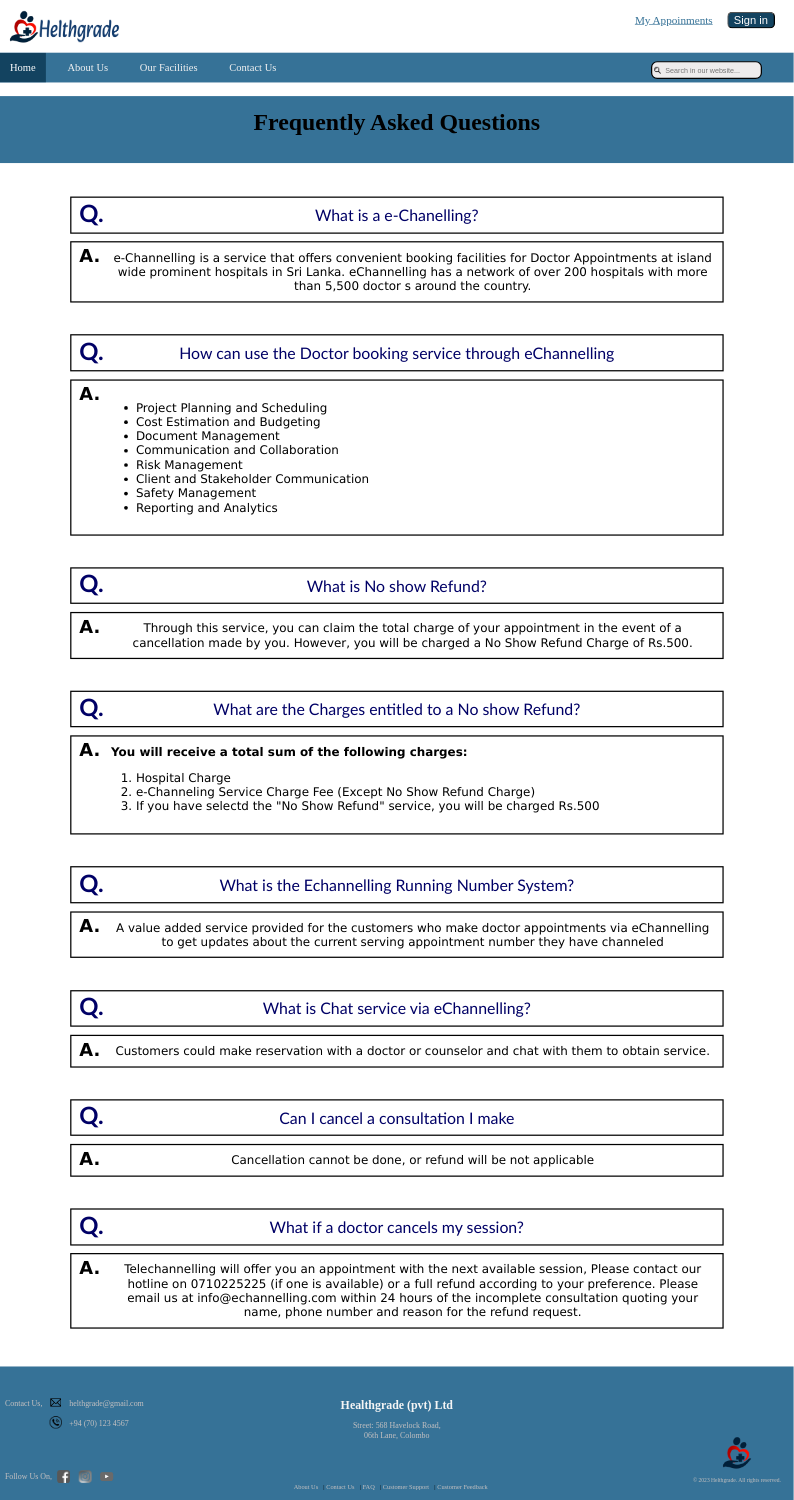
Repository: ILWijewardhana/echannelling-System
Page: http://localhost/echanneling/FAQ.jsp
An editor plug-in stored every save of this project. The page is shown before and after the next save, followed by the edit.
The browser window is 1280 px wide. The pictures show the whole page, at 62% of full size.
The page is served by Tomcat 9. Other server files are loaded and not shown.

Above is the page before, as saved 2024-05-14 14:58:47.

### echanneling/src/main/webapp/FAQ.jsp
<!DOCTYPE html>
<html>
    <head>
        <title>FAQ | e-channelling</title>
        <link rel="stylesheet" href="CSS/FAQ.css">
    </head>

    <body>


<!--login & appoinment -->
        <div class="login">
            <img src="../Images/logo.png" id="logo" alt="channel logo">
            <img src="../Images/title1.png" id="title" alt="channel title">
            <a href="../appoinment.html" id="appoinment">My Appoinments</a>
            <a href="Login.html" id="singin" ><button>Sign in</button></a>
        </div>


<!--navigation bar-->
        <div class="navBarDiv">
            <div class="topnav">
            <a class="active" href="../Home.html">Home</a>
            <a href="../aboutUs.html">About Us</a>
            <a href="../ourfacility.html">Our Facilities</a>
            <a href="../vacancy">Contact Us</a>
        </div>


<!--search bar-->
        <div class="search">
            <form style="height: 100%;" onsubmit="return false">
              <input type="search" placeholder="Search in our website..." id="searchBar" onsearch="search()">
              <img src="../Images/search.png">
              <script src="../JS/searchBar.js"></script>
              <input type="submit" id="searchSubmit">
            </form>
        </div>
    </div>

    <div class="header">
        <h1>Frequently Asked Questions</h1>
    </div>
    <br><br><br>

    <div class="questions">
        <h2>Q.</h2>
        <div class="questionParagraph">What is a e-Chanelling?</div>
    </div>


    <div class="answers">
        <h2>A.</h2>
        <div class="answerParagraph">e-Channelling is a service that offers convenient booking facilities for Doctor Appointments at island wide prominent
           hospitals in Sri Lanka. eChannelling has a network of over 200 hospitals with more than 5,500 doctor
          s around the country.</div>
    </div>

        <div class="questions">
          <h2>Q.</h2>
          <div class="questionParagraph">How can use the Doctor booking service through eChannelling</div>
        </div>


      <div class="answers">
        <h2>A.</h2>
        <div class="answerParagraph" style="text-align: left;">
            <ul>
            <li>Project Planning and Scheduling</li>
            <li>Cost Estimation and Budgeting</li>
            <li>Document Management</li>
            <li>Communication and Collaboration</li>
            <li>Risk Management</li>
            <li>Client and Stakeholder Communication</li>
            <li>Safety Management</li>
            <li>Reporting and Analytics</li>
          </ul>
        </div>
      </div>

      <div class="questions">
        <h2>Q.</h2>
        <div class="questionParagraph">What is No show Refund?</div>
      </div>


      <div class="answers">
        <h2>A.</h2>
        <div class="answerParagraph">Through this service, you can claim the total charge of your appointment in the event of a cancellation made by you. However,
        you will be charged a No Show Refund Charge of Rs.500.</div>
      </div>


      <div class="questions">
        <h2>Q.</h2>
        <div class="questionParagraph">What are the Charges entitled to a No show Refund?</div>
      </div>


      <div class="answers">
        <h2>A.</h2>
        <div class="answerParagraph" style="text-align: left;">
          <b>You will receive a total sum of the following charges: </b><br>
          <ol>
            <li>Hospital Charge</li>
            <li>e-Channeling Service Charge Fee (Except No Show Refund Charge)</li>
            <li>If you have selectd the "No Show Refund" service, you will be charged Rs.500</li>
          </ol>
        </div>
      </div>

      <div class="questions">
        <h2>Q.</h2>
        <div class="questionParagraph">What is the Echannelling Running Number System?</div>
      </div>

      <div class="answers">
        <h2>A.</h2>
        <div class="answerParagraph">A value added service provided for the customers who make doctor appointments via eChannelling to get updates
          about the current serving appointment number they have channeled</div>
    </div>

    <div class="questions">
      <h2>Q.</h2>
        <div class="questionParagraph">What is Chat service via eChannelling?</div>
  </div>

  <div class="answers">
    <h2>A.</h2>
    <div class="answerParagraph">Customers could make reservation with a doctor or counselor and chat with them to obtain service.</div>
  </div>

  <div class="questions">
    <h2>Q.</h2>
    <div class="questionParagraph">Can I cancel a consultation I make</div>
</div>

<div class="answers">
  <h2>A.</h2>
  <div class="answerParagraph">Cancellation cannot be done, or refund will be not applicable</div>
</div>

<div class="questions">
  <h2>Q.</h2>
  <div class="questionParagraph">What if a doctor cancels my session?</div>
</div>

<div class="answers">
  <h2>A.</h2>
  <div class="answerParagraph">Telechannelling will offer you an appointment with the next available session, Please contact our hotline on 0710225225 (if one is available) or a full refund according to your preference.
Please email us at info@echannelling.com within 24 hours of the incomplete consultation quoting your name, phone number and reason for the refund request.</div>
</div>

          <!--footer-->
          <footer>
            <br><br>
            <table width="30%" class="footerTable">
              <tr>
                <td width="20%">Contact Us,</td>
                <td width="10%"><img src="../Images/email.png" width="80%"></td>
                <td style="white-space:nowrap; text-align: left;">helthgrade@gmail.com</td>
              </tr>
              <tr>
                <td></td>
                <td><img src="../Images/phone.png" width="55%"></td>
                <td style="text-align: left;">+94 (70) 123 4567</td>
              </tr>
            </table><br><br><br>

            <table width="30%" class="footerTable footerTableHover">
              <tr>
                <td>Follow Us On,</td>
                <td width="10%"><a href="https://www.facebook.com/" target="_blank"><img src="../Images/facebook.png" class="fb"></a></td>
                <td width="10%"><a href="https://www.instagram.com/" target="_blank"><img src="../Images/insta.png" class="insta"></a></td>
                <td width="10%"><a href="https://www.youtube.com/" target="_blank"><img src="../Images/youtube.png" class="yt"></a></td>

                <td width="60%"></td>
              </tr>
            </table><br>

            <div class="address">
              <h2>Healthgrade (pvt) Ltd</h2>
              <p>Street: 568 Havelock Road,<br>06th Lane, Colombo</p>
            </div>

            <div class="hyperLinks">
              <p>
                <a href="aboutUs.html">About Us</a> |
                <a href="contactUs.html">Contact Us</a> |
                <a href="FAQ.html">FAQ</a> |
                <a href="customerSupport.html">Customer Support</a> |
                <a href="feedback.php">Customer Feedback</a>
              </p>
            </div>
            <br><br>

            <div class="bottomLogo">
              <img src="../Images/logo.png">
              <p>&copy; 2023 Helthgrade. All rights reserved.</p>
            </div>

          </footer>
        </body>
      </html>

### echanneling/src/main/webapp/CSS/FAQ.css
body{
  margin: 0px;
  padding: 0px;

}

#logo{
  margin: 1%;
  position: absolute;
  margin-top: -1%;
  width: 6vw;
  margin-left: 0%;

}

#title{
  position: absolute;
  width: 10vw;
  margin-top: 1%;
  margin-left: 5%;
  margin-right: auto;
  height: 5%;

}

.login{
  margin-top: 1.5%;
}


#appoinment{
  margin-left: 80%;
  font-size: 2.5vh;
  color: #367297;
}

#appoinment:hover{
  background-color: #367297;
  color: aliceblue;
  border-radius: 5px;
  transition: all;
  height: 12%;
  width: 8%;
}


a{
  margin-right: 1.5%;

}

#singin button{
  color: rgb(255, 253, 253);
  border-radius: 8px;
  width: 6%;
  height: 5%;
  background-color: #134360;
  font-size: 2.5vh;
}

#singin button:hover {
  transition: .4s;
  transform: scale(105%);

}

/* navigation bar */

.topnav {
  margin-top: 3%;
  overflow: hidden;
  background-color: #367297;
}

.topnav a {
  float: left;
  color: #f2f2f2;
  text-align: center;
  padding: 14px 16px;
  text-decoration: none;
  font-size: 17px;
}

.topnav a:hover {
  background-color: #eeecec;
  color: black;
}

.topnav a.active {
  background-color: #134360;
  color: white;
}


/*search bar*/
.search {
  width: 14vw;
  height: 4vh;
  margin-left: 82%;
  margin-top: -1.5%;
  transform: translateY(-50%);
  transition: 1s;
}

.search input {
  margin-bottom: 2%;
  border-color: black;
  background-color:#eeecec;
  border: 2px solid ;
  border-radius: 10px;
  padding-left: 12%;
  width: 100%;
  height: 100%;
  font-size: 1vw;
  transition: 1s;
  color: black;
}
.search input::placeholder {

  font-size: .9vw;
}

.search input::-ms-input-placeholder {
  color: grey;
}

.search img {
  width: .9vw;
  position: absolute;
  left: 3%;
  top: 50%;
  transform: translateY(-50%);
}

.search input[type=submit] {
  visibility: hidden;
}

/*Question frame */

.header {
    margin-top: 1%;
    position: relative;
    display: block;
    width: 100%;
    height: 15vh;
    background-color: #367297;
  }

  .header h1 {
    font-size: 3vw;
    position: absolute;
    top: 15%;
    left: 50%;
    transform: translate(-50%,-50%);
  }


.questions, .answers{
padding: 1%;
position: relative;
height: fit-content;
width: 80%;
left: 50%;
transform: translate(-50%);
border: 2px solid black;
font-size: 1.5vw;
}

.questions {
  font-family: 'Trebuchet MS', sans-serif;
  position: relative;
  margin-bottom: 1vw;
  color: #000066;
  font-size: 2vw;
  text-align: left;
}

.questions h2 {
  position: absolute;
  display: inline;
  transform: translateY(-95%);
}

.questionParagraph {
  text-align: center;
  width: 100%;
}

.answers {
  margin-bottom: 4vw;
  font-family: Verdana, sans-serif;
}

.answers h2 {
  position: absolute;
  display: inline;
  transform: translateY(-95%);
}

.answerParagraph {
  margin-left: 5%;
  font-size: 1.5vw;
  text-align: center;
}


/* footer */

footer {
  display: block;
  box-sizing: border-box;
  position: relative;
  padding: 5px 5px 0px 5px;
  left: 0px;
  right: 0px;
  bottom: -10px;
  /* margin-top: 145vh; */
  overflow: hidden;
  width: 100%;
  background-color: #367297;
  height: 30vh;
}
.footerTable td {
  font-size: 105%;
  font-size: 1vw;
  margin-top: 5vh;
  color: rgb(197, 193, 193);
}
.footerTable tr td {
  text-align: center;
  margin-top: 4vh;
}
.footerTable td:first-child {
  width: 1%;
  white-space: nowrap;
}
.socials {
  position: absolute;
  margin-top: -2.1%;
  margin-left: 4%;
}
.fb {
  margin-top: 10%;
  width: 70%;
  border-radius: 5px;
}
.insta {
  margin-top: 10%;
  width: 70%;
}
.yt {
  margin-top: 10%;
  width: 80%;
}
.tiktok {
  margin-top: 10%;
  width: 70%;
  border-radius: 5px;
}
.footerTableHover img:hover {
  transform: scale(110%);
  filter: drop-shadow(0px 0px 1px #000);
}
.address {
  position: absolute;
  top: 32%;
  left: 50%;
  transform: translate(-50%, -50%);
  text-align: center;
}
.address h2 {
  margin-top: 25%;
  font-size: 1.5vw;
  color:whitesmoke;
}
.address p {
  font-size: 1vw;
  color: rgb(197, 193, 193);
}
.hyperLinks {
  position: absolute;
  font-size: .8vw;
  top: 90%;
  left: 52%;
  transform: translate(-50%, -50%);
  width: 30%;
}
.hyperLinks p a {
  text-decoration: none;
  color: rgb(197, 193, 193);
}
.hyperLinks p a:hover {
  color:black;
}
.hyperLinks .currentFooter {
  font-weight: bold;
}
.hyperLinks .currentFooter:hover {
  cursor: default;
}
.bottomLogo {
  padding: 5px;
  position: absolute;
  right: 0;
  width: 15vw;
  height: fit-content;
  top: 50%;
  transform: translate(0, -45%);
}
.bottomLogo img {
  position: relative;
  width: 40%;
  margin-top: 35%;
  left: 35%;
}
.bottomLogo p {
  position: relative;
  font-size: .7vw;
  text-align: center;
  margin-top: -2%;
  color: rgb(197, 193, 193);
  left: 5%;
}

### echanneling/src/main/webapp/JS/searchBar.js
/**
 *
 */function search()
{
    var text = document.getElementById("searchBar").value;
    text = text.toLowerCase();
    if(text == 'home')
    {
        window.location = "../HTML/Home.html";
    }
    else if(text == 'our work')
    {
        window.location = "../HTML/ourWork.html";
    }
    else if(text == 'admin login')
    {
        window.location = "../HTML/adminLogin.html";
    }
    else if(text == 'employee login')
    {
        window.location = "../HTML/employeeLogin.html";
    }
    else if(text == 'login')
    {
        window.location = "../HTML/login.html";
    }
    else if(text == 'customer support')
    {
        window.location = "../HTML/customerSupport.html";
    }
    else if(text == 'feedback')
    {
        window.location = "../HTML/feedback.php";
    }
    else if(text == 'what we do')
    {
        window.location = "../HTML/whatWeDo.html";
    }
    else if(text == 'about us' || text == 'who we are')
    {
        window.location = "../HTML/aboutUs.html";
    }
    else if(text == 'contact us')
    {
        window.location = "../HTML/contactUs.html";
    }
    else if(text == 'faq')
    {
        window.location = "../HTML/FAQ.html";
    }
    else if(text == 'register')
    {
        window.location = "../HTML/register.html";
    }
    else
    {
        alert("No such webpage available. Try 'home'");
    }
    console.log(text);
}

After the next save:
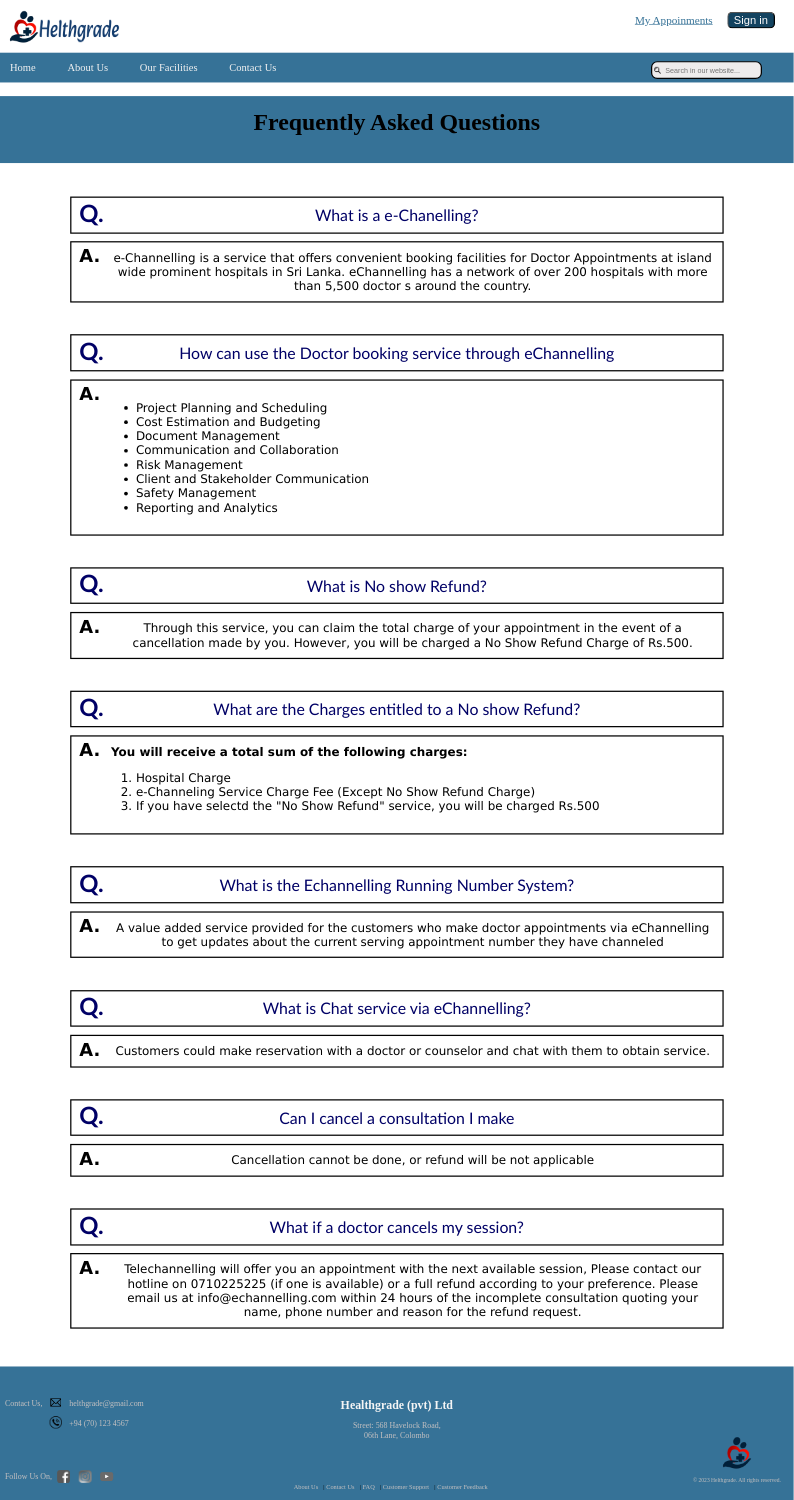
Saved 2 min 52 s later.
--- a/echanneling/src/main/webapp/FAQ.jsp
+++ b/echanneling/src/main/webapp/FAQ.jsp
@@ -20,10 +20,10 @@
 <!--navigation bar-->
         <div class="navBarDiv">
             <div class="topnav">
-            <a class="active" href="../Home.html">Home</a>
-            <a href="../aboutUs.html">About Us</a>
-            <a href="../ourfacility.html">Our Facilities</a>
-            <a href="../vacancy">Contact Us</a>
+            <a class="#" href="Home.jsp">Home</a>
+            <a href="aboutUs.jsp">About Us</a>
+            <a href="ourfacility.jsp">Our Facilities</a>
+            <a href="ContactUs.jsp">Contact Us</a>
         </div>
 
 
@@ -157,12 +157,12 @@ Please email us at info@echannelling.com within 24 hours of the incomplete consu
             <table width="30%" class="footerTable">
               <tr>
                 <td width="20%">Contact Us,</td>
-                <td width="10%"><img src="../Images/email.png" width="80%"></td>
+                <td width="10%"><img src="Images/email.png" width="80%"></td>
                 <td style="white-space:nowrap; text-align: left;">helthgrade@gmail.com</td>
               </tr>
               <tr>
                 <td></td>
-                <td><img src="../Images/phone.png" width="55%"></td>
+                <td><img src="Images/phone.png" width="55%"></td>
                 <td style="text-align: left;">+94 (70) 123 4567</td>
               </tr>
             </table><br><br><br>
@@ -170,9 +170,9 @@ Please email us at info@echannelling.com within 24 hours of the incomplete consu
             <table width="30%" class="footerTable footerTableHover">
               <tr>
                 <td>Follow Us On,</td>
-                <td width="10%"><a href="https://www.facebook.com/" target="_blank"><img src="../Images/facebook.png" class="fb"></a></td>
-                <td width="10%"><a href="https://www.instagram.com/" target="_blank"><img src="../Images/insta.png" class="insta"></a></td>
-                <td width="10%"><a href="https://www.youtube.com/" target="_blank"><img src="../Images/youtube.png" class="yt"></a></td>
+                <td width="10%"><a href="https://www.facebook.com/" target="_blank"><img src="Images/facebook.png" class="fb"></a></td>
+                <td width="10%"><a href="https://www.instagram.com/" target="_blank"><img src="Images/insta.png" class="insta"></a></td>
+                <td width="10%"><a href="https://www.youtube.com/" target="_blank"><img src="Images/youtube.png" class="yt"></a></td>
 
                 <td width="60%"></td>
               </tr>
@@ -185,17 +185,17 @@ Please email us at info@echannelling.com within 24 hours of the incomplete consu
 
             <div class="hyperLinks">
               <p>
-                <a href="aboutUs.html">About Us</a> |
-                <a href="contactUs.html">Contact Us</a> |
-                <a href="FAQ.html">FAQ</a> |
-                <a href="customerSupport.html">Customer Support</a> |
-                <a href="feedback.php">Customer Feedback</a>
+                <a href="aboutUs.jsp">About Us</a> |
+                <a href="contactUs.jsp">Contact Us</a> |
+                <a href="FAQ.jsp">FAQ</a> |
+                <a href="customerSupport.jsp">Customer Support</a> |
+                <a href="CustomerFeedback.jsp">Customer Feedback</a>
               </p>
             </div>
             <br><br>
 
             <div class="bottomLogo">
-              <img src="../Images/logo.png">
+              <img src="Images/logo.png">
               <p>&copy; 2023 Helthgrade. All rights reserved.</p>
             </div>
 
